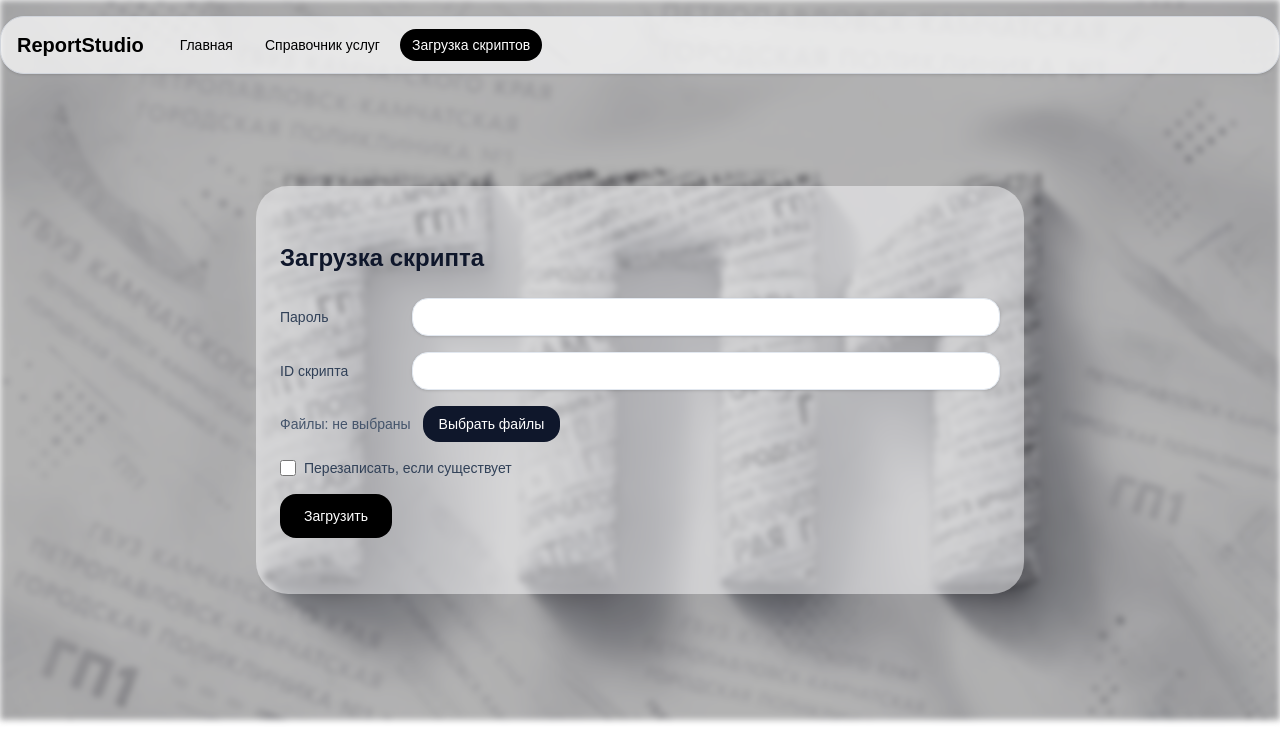
Repository: vladzap2423/report_studio_v2
Page: /load
An editor plug-in stored every save of this project. The page is shown before and after the next save, followed by the edit.
The browser window is 1280 px wide. The pictures show the whole page.
The project was rebuilt for these pictures with package versions that can differ from the ones it lists, and the page was loaded fresh each time. The framework's server and built-in components were replaced by stand-ins that run in the browser. Also part of the build but not shown: next.config.ts.

Above is the page before, as saved 2026-03-17 15:22:43.

### src/app/layout.tsx
import type { Metadata } from "next";
import { Geist, Geist_Mono } from "next/font/google";
import "./globals.css";
import Header from "./components/Header";

const geistSans = Geist({
  variable: "--font-geist-sans",
  subsets: ["latin"],
});

const geistMono = Geist_Mono({
  variable: "--font-geist-mono",
  subsets: ["latin"],
});

export const metadata: Metadata = {
  title: "Create Next App",
  description: "Generated by create next app",
};

export default function RootLayout({
  children,
}: Readonly<{
  children: React.ReactNode;
}>) {
  return (
    <html lang="en">
      <body
        className={`${geistSans.variable} ${geistMono.variable} antialiased`}
      >
        <Header

          title="ReportStudio"
          links={[
            { label: "Главная", href: "/" },
            { label: "Справочник услуг", href: "/services" },
            { label:"Загрузка скриптов", href: "/load"}
          ]}
        />
        {children}
      </body>
    </html>
  );
}

### src/app/load/page.tsx
"use client";

import { useState, useRef, useCallback } from "react";

export default function LoadPage() {
  const [password, setPassword] = useState("");
  const [id, setId] = useState("");
  const [files, setFiles] = useState<File[]>([]);
  const [overwrite, setOverwrite] = useState(false);
  const [error, setError] = useState<string | null>(null);
  const [success, setSuccess] = useState<string | null>(null);
  const [loading, setLoading] = useState(false);

  const inputRef = useRef<HTMLInputElement | null>(null);

  const onPickClick = useCallback(() => {
    inputRef.current?.click();
  }, []);

  const handlePicked = useCallback((picked: File[]) => {
    setFiles(picked);
  }, []);

  const uploadScripts = useCallback(async () => {
    setError(null);
    setSuccess(null);

    if (!files.length) return setError("Выберите файлы скрипта.");
    if (!id.trim()) return setError("Укажите ID скрипта.");
    if (password !== "Zx44tfW") return setError("Неверный пароль.");

    setLoading(true);
    try {
      const fd = new FormData();
      fd.append("scriptId", id.trim());
      fd.append("password", password);
      if (overwrite) fd.append("overwrite", "1");
      for (const f of files) fd.append("files", f, (f as any).webkitRelativePath || f.name);

      const res = await fetch("/api/scripts/upload", { method: "POST", body: fd });
      if (!res.ok) throw new Error(`HTTP ${res.status}`);

      setSuccess("Скрипт загружен.");
      setFiles([]);
      setId("");
      setPassword("");
      if (inputRef.current) inputRef.current.value = "";
    } catch {
      setError("Не удалось загрузить скрипт.");
    } finally {
      setLoading(false);
    }
  }, [files, id, password, overwrite]);

  return (
      <div className="mx-auto max-w-3xl px-6 py-14 bg-gray-50/50 rounded-4xl mt-28">
        <h1 className="text-2xl font-semibold text-slate-900 mb-6">Загрузка скрипта</h1>

        <div className="grid gap-3 sm:grid-cols-[120px_1fr] sm:items-center mb-4">
          <label className="text-sm font-medium text-slate-700">Пароль</label>
          <input
            type="password"
            value={password}
            onChange={(e) => setPassword(e.target.value)}
            className="w-full rounded-2xl border border-slate-200 bg-white px-4 py-2 text-sm text-slate-900 shadow-sm focus:outline-none focus:ring-4 focus:ring-slate-200"
          />
        </div>

        <div className="grid gap-3 sm:grid-cols-[120px_1fr] sm:items-center mb-4">
          <label className="text-sm font-medium text-slate-700">ID скрипта</label>
          <input
            type="text"
            value={id}
            onChange={(e) => setId(e.target.value)}
            className="w-full rounded-2xl border border-slate-200 bg-white px-4 py-2 text-sm text-slate-900 shadow-sm focus:outline-none focus:ring-4 focus:ring-slate-200"
          />
        </div>

        <div className="flex flex-wrap items-center gap-3 mb-4 text-sm text-slate-600">
          <div>Файлы: {files.length ? `${files.length} шт.` : "не выбраны"}</div>
          <button
            type="button"
            onClick={onPickClick}
            className="rounded-2xl bg-slate-900 px-4 py-2 text-white hover:bg-slate-800"
          >
            Выбрать файлы
          </button>
          <input
            ref={inputRef}
            type="file"
            multiple
            className="hidden"
            onChange={(e) => {
              const picked = Array.from(e.target.files || []);
              if (!picked.length) return;
              handlePicked(picked);
            }}
            {...({ webkitdirectory: "true"} as any)}
          />
        </div>

        <div className="flex items-center gap-2 mb-4">
          <input
            type="checkbox"
            checked={overwrite}
            onChange={(e) => setOverwrite(e.target.checked)}
            id="overwrite"
            className="w-4 h-4 rounded border-slate-300 text-slate-900 focus:ring-slate-200"
          />
          <label htmlFor="overwrite" className="text-sm text-slate-700">Перезаписать, если существует</label>
        </div>

        {error && <div className="mb-4 rounded-2xl border border-rose-200 bg-rose-50 px-4 py-3 text-sm text-rose-700">{error}</div>}
        {success && <div className="mb-4 rounded-2xl border border-emerald-200 bg-emerald-50 px-4 py-3 text-sm text-emerald-700">{success}</div>}

        <button
          type="button"
          onClick={uploadScripts}
          disabled={loading}
          className="rounded-2xl bg-black px-6 py-3 text-white text-sm font-medium hover:bg-emerald-600 disabled:opacity-50"
        >
          {loading ? "Загрузка..." : "Загрузить"}
        </button>
      </div>
  );
}

### src/app/globals.css
@import "tailwindcss";

:root {
  --background: #ffffff;
  --foreground: #171717;
  color-scheme: light;
}

@theme inline {
  --color-background: var(--background);
  --color-foreground: var(--foreground);
  --font-sans: var(--font-geist-sans);
  --font-mono: var(--font-geist-mono);
}

body {
  background: var(--background);
  color: var(--foreground);
  font-family: Arial, Helvetica, sans-serif;
  position: relative; /* важно для ::before */
  min-height: 100vh;
}

body::before {
  content: "";
  position: fixed;
  top: 0;
  left: 0;
  width: 100%;
  height: 100%;
  background-image: url("/fon.png");
  background-size: cover;
  background-position: center;
  background-repeat: no-repeat;
  filter: blur(3px) brightness(0.7);
  z-index: -1; /* чтобы контент был поверх фона */
}

### src/app/components/Header.tsx
"use client";

import React from "react";
import Link from "next/link";
import { usePathname } from "next/navigation";

type HeaderProps = {
  title?: string;
  links?: { label: string; href: string }[];
};

const Header: React.FC<HeaderProps> = ({ title = "ReportStudio", links = [] }) => {
  const pathname = usePathname();

  return (
    <header className="w-full flex justify-center mt-4">
      <div className="w-full max-w-7xl px-4 py-3 flex items-center space-x-6 bg-white/70 border border-gray-300 rounded-3xl shadow-sm">

        {/* Название */}
        <div className="text-xl font-semibold text-black">
          {title}
        </div>

        {/* Меню */}
        <nav className="flex space-x-2">
          {links.map((link) => {
            const isActive = pathname === link.href;

            return (
              <Link
                key={link.href}
                href={link.href}
                className={`px-3 py-1.5 rounded-3xl text-sm transition-colors ${
                  isActive
                    ? "bg-black text-white"
                    : "text-black hover:bg-gray-100"
                }`}
              >
                {link.label}
              </Link>
            );
          })}
        </nav>

      </div>
    </header>
  );
};

export default Header;

After the next save:
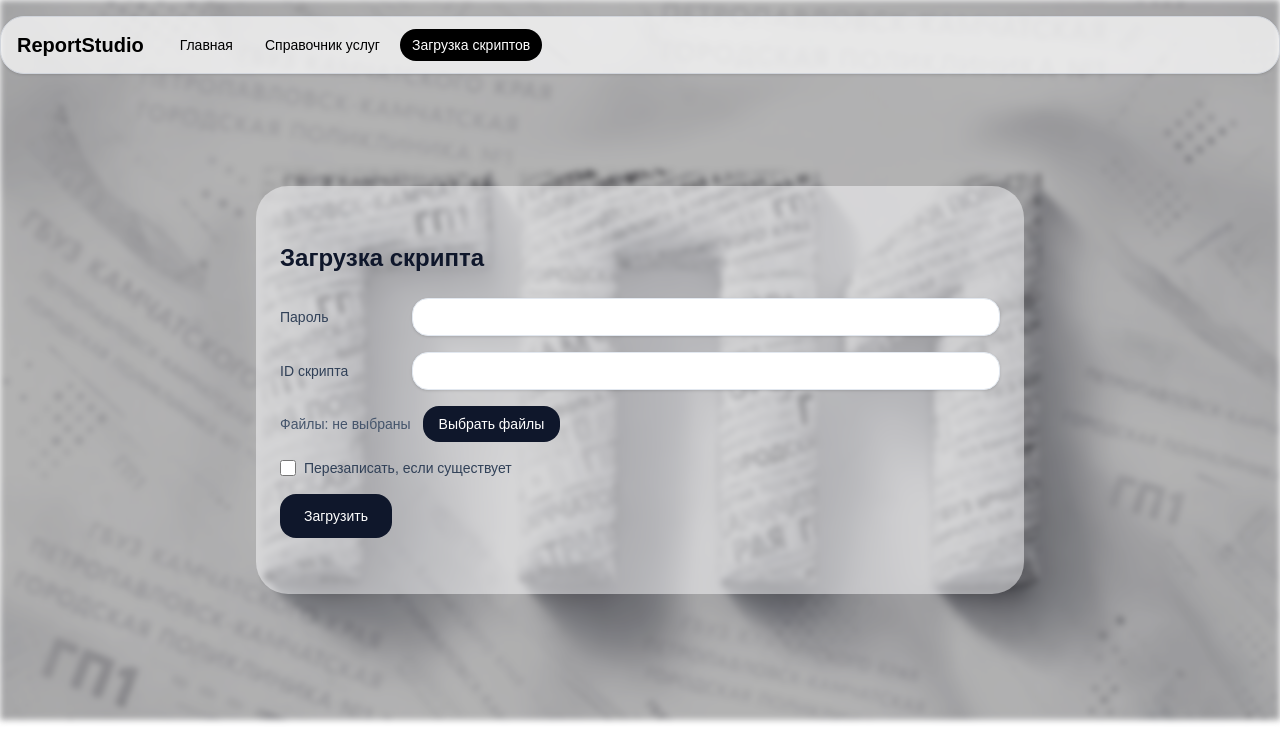
Saved 59 s later.
--- a/src/app/load/page.tsx
+++ b/src/app/load/page.tsx
@@ -117,7 +117,7 @@ export default function LoadPage() {
           type="button"
           onClick={uploadScripts}
           disabled={loading}
-          className="rounded-2xl bg-black px-6 py-3 text-white text-sm font-medium hover:bg-emerald-600 disabled:opacity-50"
+          className="rounded-2xl bg-slate-900 px-6 py-3 text-white text-sm font-medium hover:bg-emerald-600 disabled:opacity-50"
         >
           {loading ? "Загрузка..." : "Загрузить"}
         </button>
